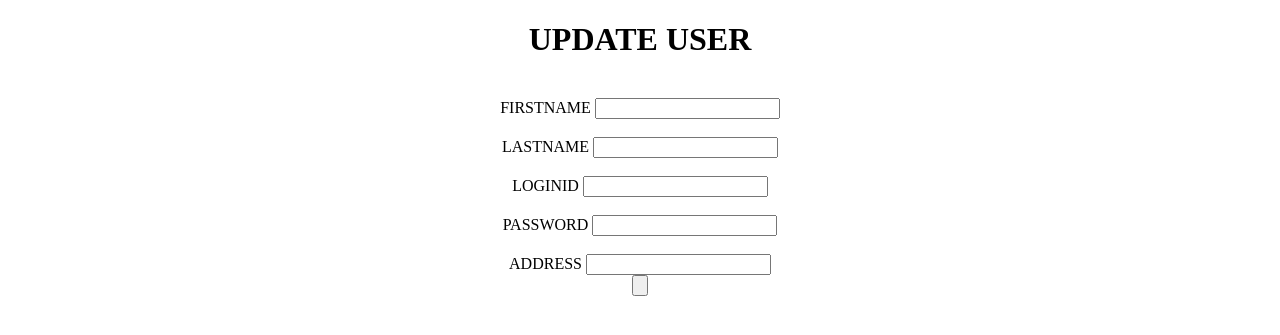
Repository: jatinragh42/Project_3_module
Page: http://localhost/p3/UpdateView.jsp
The author's editor kept a copy of each file at every save. The page is drawn from the files as they stood at one save, then again after the next save.
The browser window is 1280 px wide. The pictures show the whole page.
The page is served by Tomcat 9.

Above is the page before, as saved 2023-12-01 07:14:38.

After the next save:
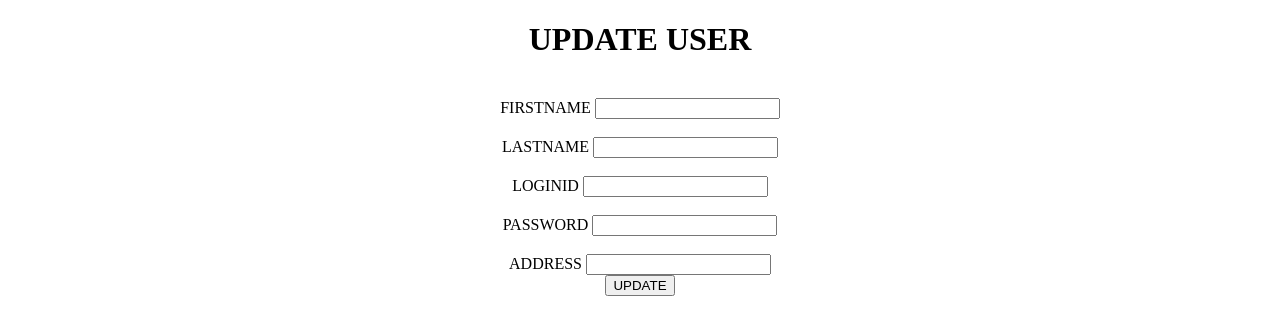
Saved 18 s later.
--- a/Project_3_module_practice/p3/src/main/webapp/UpdateView.jsp
+++ b/Project_3_module_practice/p3/src/main/webapp/UpdateView.jsp
@@ -47,7 +47,7 @@
 
 <div>
 
-<input type="submit" name="operation" value="">
+<input type="submit" name="operation" value="UPDATE">
 </div>
 
 
